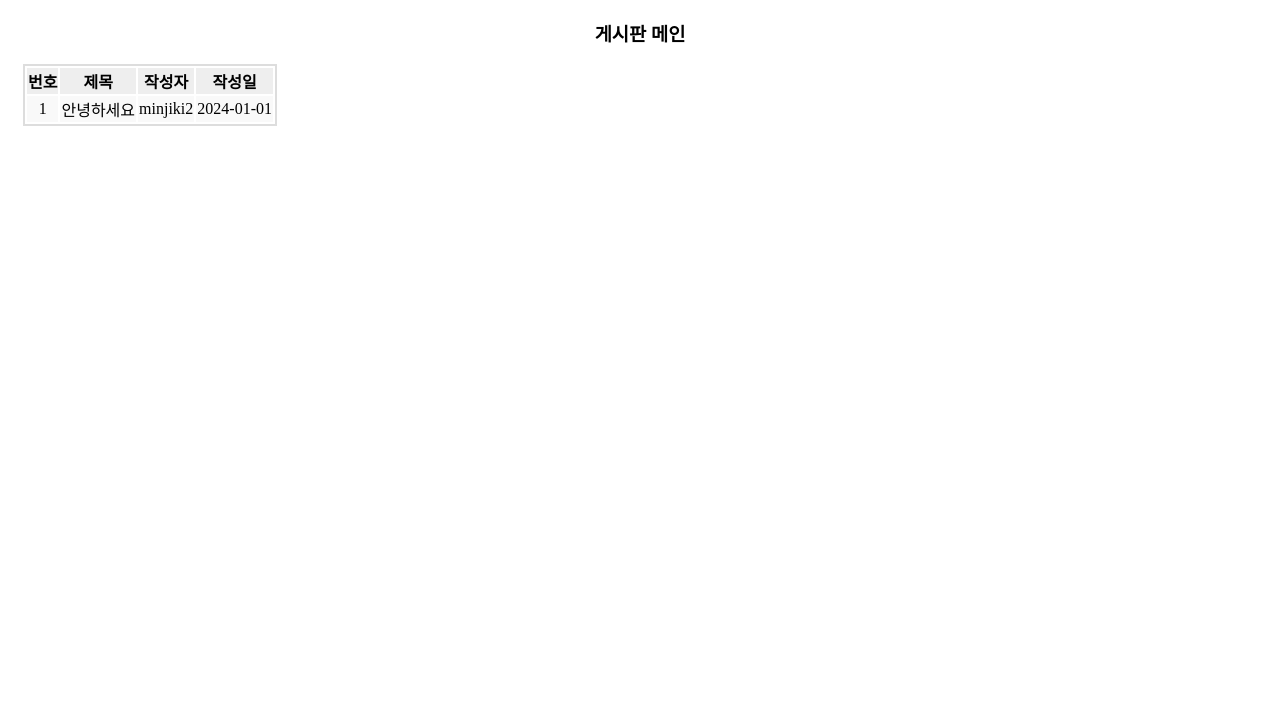
Repository: minjikimkim2222/BBS
Page: http://localhost/BBS/bbs.jsp
An editor plug-in stored every save of this project. The page is shown before and after the next save, followed by the edit.
The browser window is 1280 px wide. The pictures show the whole page.
The page is served by Tomcat 9. Other server files are loaded and not shown.

Above is the page before, as saved 2024-01-01 13:02:57.

### BBS/src/main/webapp/bbs.jsp
<%@ page language="java" contentType="text/html; charset=UTF-8"
    pageEncoding="UTF-8"%>
<!DOCTYPE html>
<html>
<head>

	<meta HTTP-EQUIV="content-type" CONTENT="text/html; CHARSET=UTF-8" charset = "UTF-8"> <!--  클라이언트 문자 인코딩 방식  -->
	<meta name="viewport" content="width=device-width, initial-scale=1.0">
	<link rel = "stylesheet" href = "css/bootstrap.css">

	<title>bbs 게시판 화면</title>
</head>
<body>

<!-- 게시판 메인 페이지 영역 시작  -->

	<div class = "container">
			<h3 style = "text-align : center;">게시판 메인</h3>
			<table class = "table table-striped" style = "text-align : center; border : 2px solid #dddddd">
				<thead>
					<tr>
						<th style = "background-color : #eeeeee" >번호</th>
						<th style = "background-color : #eeeeee">제목</th>
						<th style = "background-color : #eeeeee">작성자</th>
						<th style = "background-color : #eeeeee">작성일</th>
					</tr>
				</thead>
				<tbody>
					<tr>
						<td>1</td>
						<td>안녕하세요</td>
						<td>minjiki2</td>
						<td>2024-01-01</td>
					</tr>
				</tbody>
			</table>

			<!-- 글쓰기 버튼 생성, 버튼 누르면 write.jsp 페이지로 이동할 것 -->


	</div>
</body>
</html>

### BBS/src/main/webapp/css/bootstrap.css
@charset "UTF-8";

.form-group {
  margin-bottom: 20px;
}

.form-control {
  display: block;
  width: 100%;
  height: 40px;
  padding: 10px 15px;
  font-size: 14px;
  line-height: 1.42857143;
  color: #555;
  background-color: #fff;
  background-image: none;
  border: 1px solid #ccc;
  border-radius: 4px;
  -webkit-box-shadow: inset 0 1px 1px rgba(0, 0, 0, .075);
          box-shadow: inset 0 1px 1px rgba(0, 0, 0, .075);
  -webkit-transition: border-color ease-in-out .15s, -webkit-box-shadow ease-in-out .15s;
       -o-transition: border-color ease-in-out .15s, box-shadow ease-in-out .15s;
          transition: border-color ease-in-out .15s, box-shadow ease-in-out .15s;
  box-sizing: border-box; /* 추가된 부분 */
}

.container {
  padding-right: 15px;
  padding-left: 15px;
  margin-right: auto;
  margin-left: auto;
}

.jumbotron {
  padding-top: 30px;
  padding-bottom: 30px;
  margin-bottom: 30px;
  color: inherit;
  background-color: #eee;
  box-sizing: border-box; /* 추가된 부분 */
}

.col-lg-4 {
  width: 33.33333333%;
}


.col-lg-5 {
    width: 41.66666667%;
}

/* 게시판 기능 추가 이후 */

table {
  background-color: transparent;
}

.table-striped > tbody > tr:nth-of-type(odd) {
  background-color: #f9f9f9;
}

        .table-container {
            display: flex;
            justify-content: center;
            align-items: center;
            height: 100vh; /* 전체 화면 높이에 따라 가운데 정렬 */
        }

After the next save:
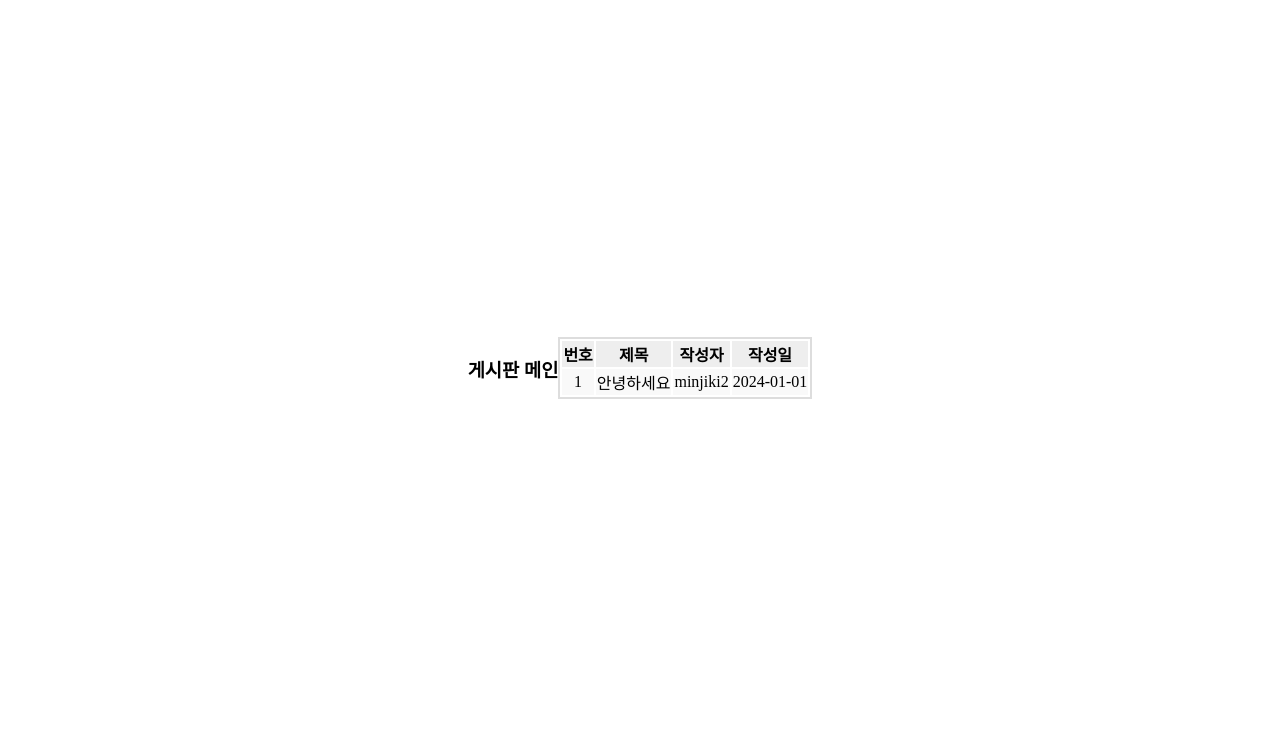
Saved 8 s later.
--- a/BBS/src/main/webapp/bbs.jsp
+++ b/BBS/src/main/webapp/bbs.jsp
@@ -14,7 +14,7 @@
 
 <!-- 게시판 메인 페이지 영역 시작  -->
 
-	<div class = "container">
+	<div class = "container table-container">
 			<h3 style = "text-align : center;">게시판 메인</h3>
 			<table class = "table table-striped" style = "text-align : center; border : 2px solid #dddddd">
 				<thead>
